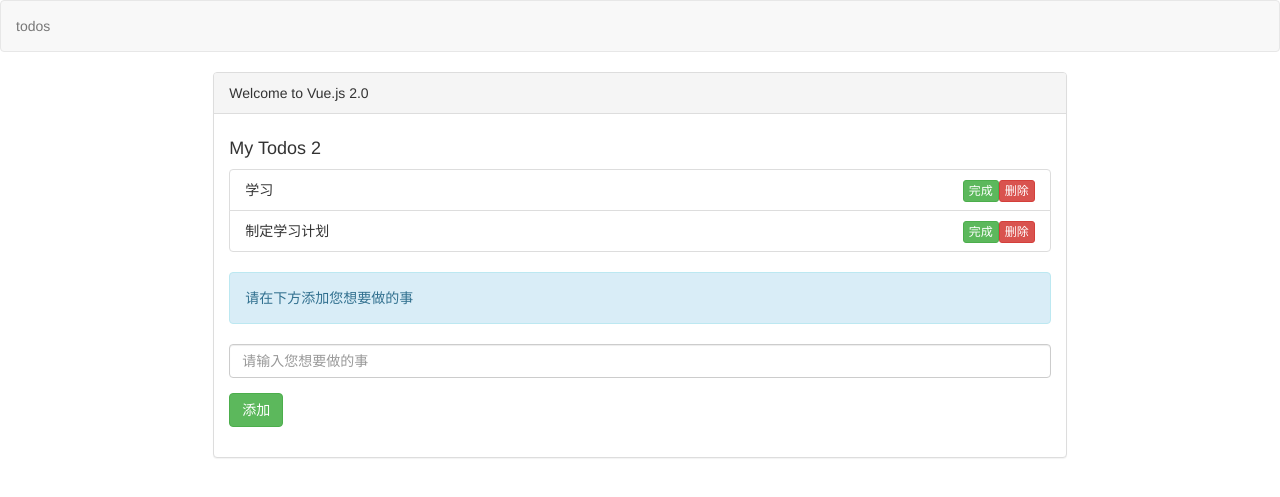
Repository: myr1111/todo
Page: Todoapp/index.html
These files come from the project's save history. The page is drawn as it stood at one moment and after the next save; the edit follows.
The browser window is 1280 px wide. The pictures show the whole page.

Above is the page before, as saved 2019-04-01 09:07:43.

### Todoapp/index.html
<!DOCTYPE html>
<html lang="en">
<head>
    <meta charset="UTF-8">
    <meta name="viewport" content="width=device-width, initial-scale=1.0">
    <meta http-equiv="X-UA-Compatible" content="ie=edge">
    <title>Document</title>
    <link rel="stylesheet" href="bootstrap.min.css">
    <script src="vue.min.js"></script>
    <style>
        .finsh{
            color: chartreuse;
            text-decoration: line-through;
        }
    </style>
</head>
<body>
    <nav class="navbar navbar-default">
        <p class="navbar-text">todos</p>
    </nav>
    <div id="app" class="container col-md-8 col-md-offset-2">
        <div class="row">
            <div class="panel panel-default">
                <div class=" panel-heading">Welcome to Vue.js 2.0</div>
                <div class="panel-body">
                    <h4>My Todos {{todosCount}}</h4>
                    <ul class="list-group">
                        <li class="list-group-item"
                            v-bind:class="{'finsh' : todo.status}"
                            v-for="(todo,index) in todos"
                        >{{todo.title}}
                            <button @click="del(index)" class="btn btn-danger btn-xs pull-right">删除</button>
                            <button
                                @click="status(todo)"
                                :class="[todo.status?'btn-warning':'btn-success']"
                                class="btn btn-success btn-xs pull-right"
                                >
                                完成
                            </button>
                        </li>
                    </ul>
                    <div class="alert alert-info">请在下方添加您想要做的事</div>
                    <form v-on:submit.prevent="add()">
                        <div class="form-group">
                            <input v-model="newTodo.title" type="text" placeholder="请输入您想要做的事" class="form-control">
                        </div>
                        <div class="form-group">
                            <button type="submit" class="btn btn-success">添加</button>
                        </div>
                    </form>
                </div>
            </div>
        </div>
    </div>
    <script>
        new Vue({
            el : "#app",
            data : {
                todos : [
                    {title : "学习",status : false},
                    {title : "制定学习计划",status : false}
                ],
                newTodo : {title : ""}
            },
            computed: {
                todosCount(){
                    return this.todos.length;
                }
            },
            methods: {
                add(){
                    this.todos.push(this.newTodo);
                    this.newTodo = {title : ""};
                },
                del(index){
                    this.todos.splice(index,1);
                },
                status(todo){
                    todo.status = !todo.status;
                    console.log(todo);
                }
            },
        });

    </script>
</body>
</html>

Loaded but not shown: Todoapp/bootstrap.min.css (library); Todoapp/vue.min.js (library)

After the next save:
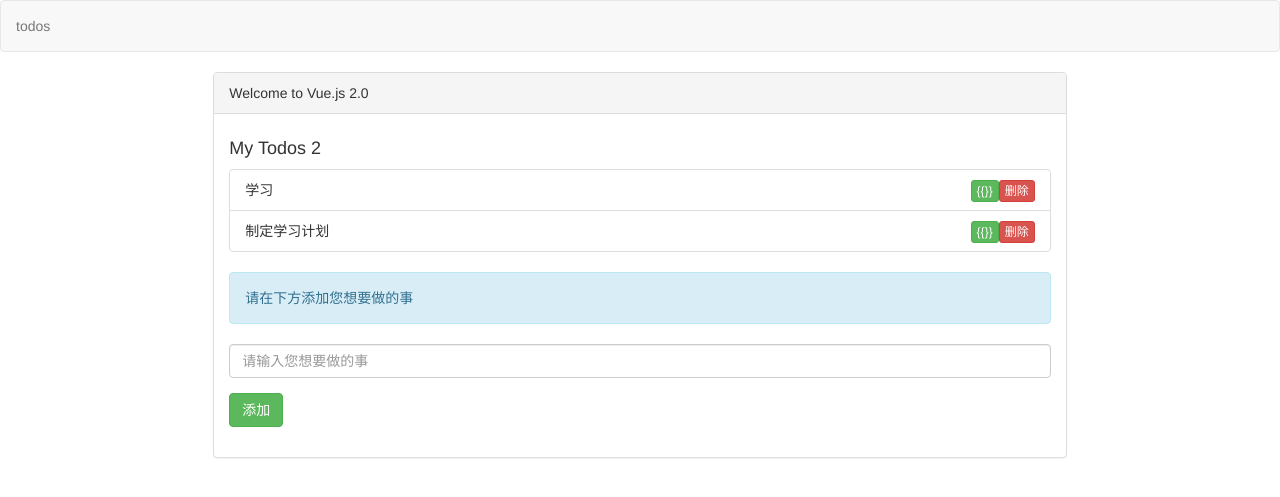
Saved 21 s later.
--- a/Todoapp/index.html
+++ b/Todoapp/index.html
@@ -35,7 +35,7 @@
                                 :class="[todo.status?'btn-warning':'btn-success']"
                                 class="btn btn-success btn-xs pull-right"
                                 >
-                                完成
+                                {{}}
                             </button>
                         </li>
                     </ul>
